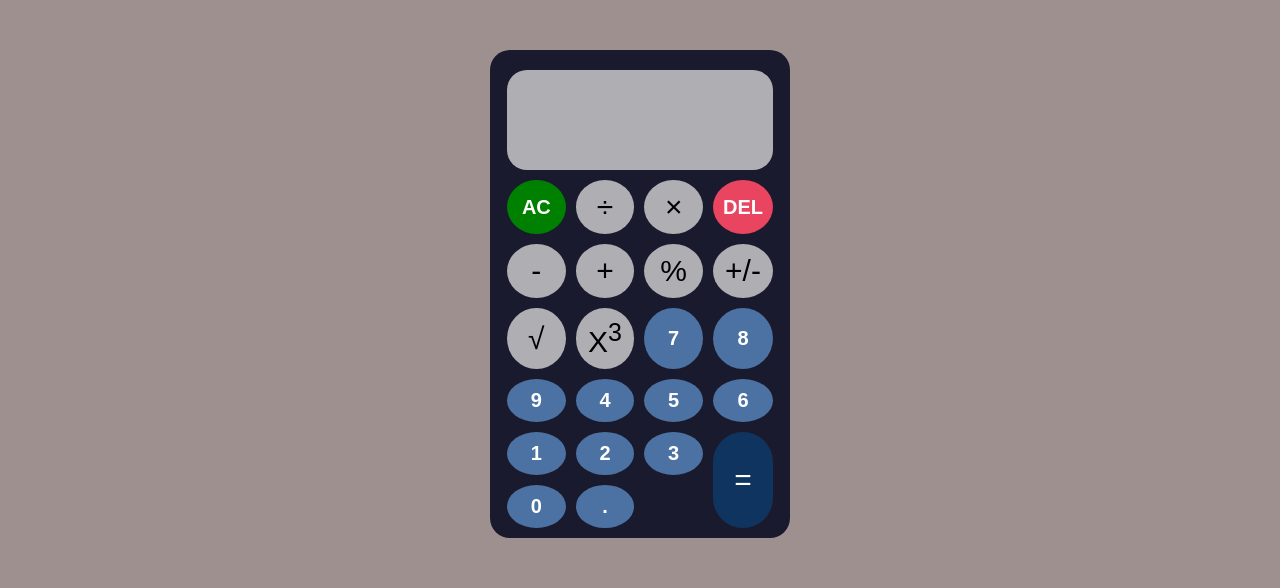
Repository: MikkyPrestige/js-calculator
Page: index.html
An editor plug-in stored every save of this project. The page is shown before and after the next save, followed by the edit.
The browser window is 1280 px wide. The pictures show the whole page.

Above is the page before, as saved 2023-05-08 01:50:32.

After the next save:
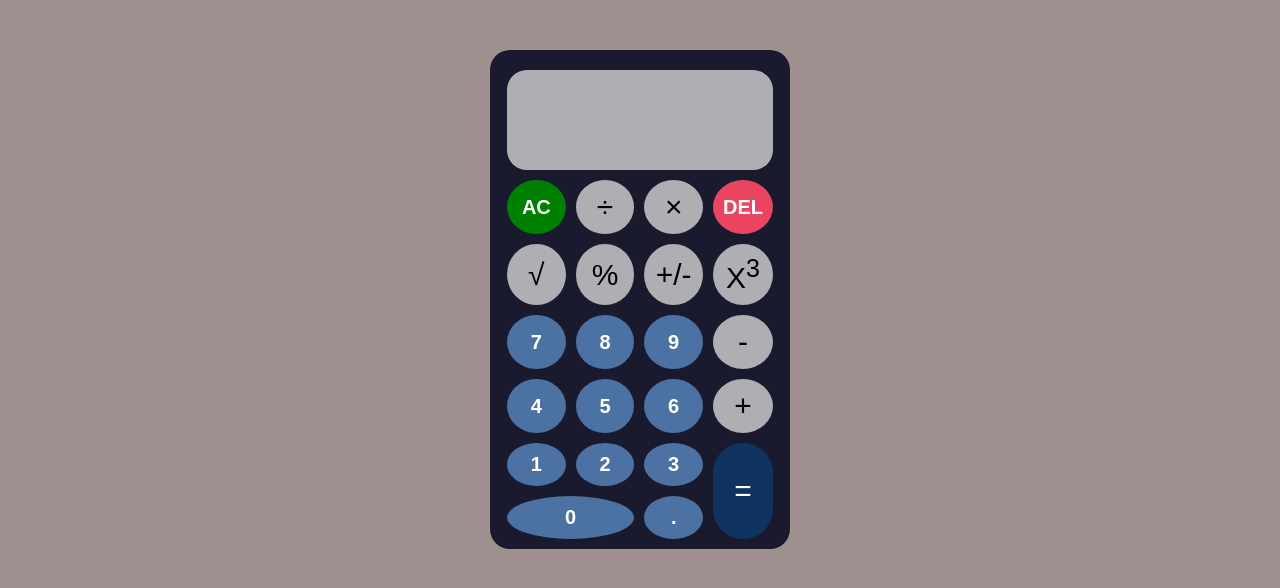
Saved 2 min 24 s later.
--- a/index.css
+++ b/index.css
@@ -138,6 +138,74 @@ main {
   grid-area: multiply;
 }
 
+.square {
+  grid-area: square;
+}
+
+.mod {
+  grid-area: mod;
+}
+
+.plusMinus {
+  grid-area: plusMinus;
+}
+
+.cube {
+  grid-area: cube;
+}
+
+.minus {
+  grid-area: minus;
+}
+
+.plus {
+  grid-area: plus;
+}
+
+.one {
+  grid-area: one;
+}
+
+.two {
+  grid-area: two;
+}
+
+.three {
+  grid-area: three;
+}
+
+.four {
+  grid-area: four;
+}
+
+.five {
+  grid-area: five;
+}
+
+.six {
+  grid-area: six;
+}
+
+.seven {
+  grid-area: seven;
+}
+
+.eight {
+  grid-area: eight;
+}
+
+.nine {
+  grid-area: nine;
+}
+
+.zero {
+  grid-area: zero;
+}
+
+.dot {
+  grid-area: dot;
+}
+
 .equalTo {
   grid-area: equalTo;
   background: #0F3460;
@@ -149,3 +217,8 @@ main {
   -ms-border-radius: 3rem;
   -o-border-radius: 3rem;
 }
+
+.equalTo:hover {
+  background: #0F3460;
+  color: #FFFFFF;
+}
